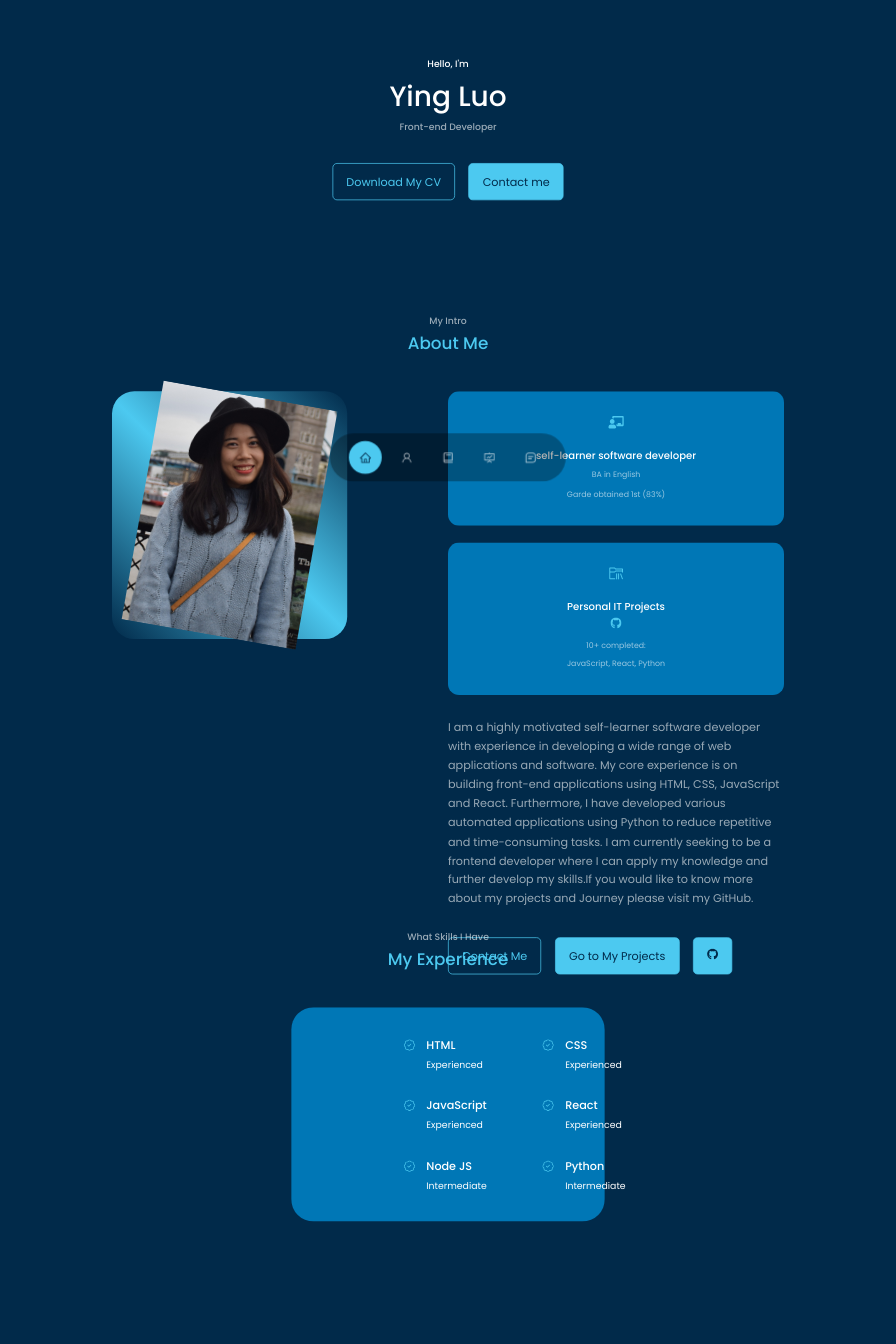
Repository: yingluo1020/react-portfolio-website
Page: /
These files come from the project's save history. The page is drawn as it stood at one moment and after the next save; the edit follows.
The browser window is 1280 px wide. The pictures show the part of the page from y = 0 to 1920 px (the page is 4231 px tall), at 70% of full size.
The project was rebuilt for these pictures with package versions that can differ from the ones it lists, and the page was loaded fresh each time. Imported but missing from the stored project, and not drawn on this page: src/assets/cv1.pdf.

Above is the page before, as saved 2022-03-16 09:36:08.

### src/index.css
@import url('https://fonts.googleapis.com/css2?family=Poppins:wght@300;400;500;600&display=swap');

* {
 margin: 0;
 padding: 0;
 border: 0;
 outline: 0;
 box-sizing: border-box;
 list-style: none;
 text-decoration: none;
}

:root {
    --color-bg:#012a4a;
    --color-bg-variant:#0077b6;
    --color-primary:#4cc9f0;
    --color-primary-variant:rgba(77,181,255,0.4);
    --color-white:#fff;
    --color-light:rgba(255,255,255,0.6);

    --transition:all 400ms ease;

    --container-width-lg:75%;
    --container-width-md:86%;
    --container-width-sm:90%;
}

html {
    scroll-behavior:smooth;
}

::-webkit-scrollbar {
    display: none;
}

body {
    font-family: 'Poppins', sans-serif;
    background: var(--color-bg);
    color:var(--color-white);
    line-height:1.7;
}

/* general styles */
.container {
    width:var(--container-width-lg);
    margin: 0 auto;
}

h1,
h2,
h3,
h4,
h5 {
    font-weight: 500;
}

h1 {
    font-size: 2.5rem;
}

section {
    margin-top: 10rem;
    height: 100vh;
}

section > h2, section > h5 {
    text-align: center;
    color: var(--color-light);
}

section > h2 {
    color: var(--color-primary);
    margin-bottom: 3rem;
}

.text-light {
    color: var(--color-light);
}

a {
    color: var(--color-primary);
    transition: var(--transition);
}

a:hover {
    color: var(--color-white);
}

.btn {
    width: max-content;
    display: inline-block;
    color: var(--color-primary);
    padding: 0.75rem 1.2rem;
    border-radius:0.4rem;
    cursor: pointer;
    border: 1px solid var(--color-primary);
    transition: var(--transition);
}

.btn:hover{
    background: var(--color-white);
    color: var(--color-bg);
    border-color: transparent;
}

.btn-primary {
    background: var(--color-primary);
    color: var(--color-bg);
}

img{
    display: block;
    width: 100%;
    object-fit: cover;
}

/* media queries(medium devices)*/
@media screen and (max-width:1024px) {
    .container {
        width: var(--container-width-sm);
    }

    section> h2 {
        margin-bottom: 2rem;
    }
}

### src/components/header/Header.js
import React from 'react'
import avatar from '../../assets/avatar.JPG'
import './header.css';
import CV from '../../assets/cv1.pdf'


function Header() {
    return (
        <header>
            <div className="container header_container">
                <h5>Hello, I'm</h5>
                <h1>Ying Luo</h1>
                <h5 className="text-light">Front-end Developer</h5>

                <div className='cta'>
                    <a href={CV} download className='btn'>Download My CV</a>
                    <a href="#contact" className='btn btn-primary'>Contact me</a>
                </div>
            </div>
        </header>
    )
}

export default Header

### src/components/nav/Nav.js
import React, { useState } from 'react'
import './nav.css'
import { AiOutlineHome, } from 'react-icons/ai'
import { AiOutlineUser } from 'react-icons/ai'
import { BiBook } from 'react-icons/bi'
import { AiOutlineFundProjectionScreen } from 'react-icons/ai'
import { BiMessageSquareDetail } from 'react-icons/bi'


function Nav() {
    const [activeNav, setActiveNav] = useState('#')
    return (
        <nav>
            <a href="#" onClick={() => setActiveNav('#')} className={activeNav === '#' ? 'active' : ''}><AiOutlineHome /></a>
            <a href="#about" onClick={() => setActiveNav('#about')} className={activeNav === '#about' ? 'active' : ''}><AiOutlineUser /></a>
            <a href="#experience" onClick={() => setActiveNav('#experience')} className={activeNav === '#experience' ? 'active' : ''}><BiBook /></a>
            <a href="#portfolio" onClick={() => setActiveNav('#services')} className={activeNav === '#services' ? 'active' : ''}><AiOutlineFundProjectionScreen /></a>
            <a href="#contact" onClick={() => setActiveNav('#contact')} className={activeNav === '#contact' ? 'active' : ''}><BiMessageSquareDetail /></a>
        </nav>
    )
}

export default Nav

### src/components/about/About.js
import React from 'react'
import avatar from '../../assets/avatar.JPG'
import { FaChalkboardTeacher } from 'react-icons/fa'
import { VscFolderLibrary } from 'react-icons/vsc'
import { FaGithub } from 'react-icons/fa';
import './about.css';

function About() {
    return (
        <section id='about'>
            <h5>My Intro</h5>
            <h2>About Me</h2>

            <div className="container about_container">
                <div className="about_me">
                    <div className="about_image">
                        <img src={avatar} alt="About Image" />
                    </div>
                </div>

                <div className="about_content">
                    <div className="about_cards">
                        <article className="about_card">
                            <FaChalkboardTeacher className='about_icon' />
                            <h5> self-learner software developer </h5>
                            <small>BA in English</small><br />
                            <small>Garde obtained 1st (83%)</small>
                        </article>

                        <article className="about_card">
                            <VscFolderLibrary className='about_icon' />
                            <h5>Personal IT Projects </h5>
                            <a href="https://github.com/yingluo1020" target="_blank"><FaGithub /></a><br />
                            <small>10+ completed:</small><br />
                            <small>JavaScript, React, Python </small>

                        </article>

                    </div>

                    <p>I am a highly motivated self-learner software developer with experience in developing a wide range of web applications and software. My core experience is on building front-end applications using HTML, CSS, JavaScript and React. Furthermore, I have developed various automated applications using Python to reduce repetitive and time-consuming tasks. I am currently seeking to be a frontend developer where I can apply my knowledge and further develop my skills.If you would like to know more about my projects and Journey please visit my GitHub. </p>
                    <div className="about_btn">
                        <a href="#contact" className="btn btn">Contact Me</a>
                        <a href="#" target="_blank" className="btn btn-primary">Go to My Projects</a>
                        <a href="https://github.com/yingluo1020" target="_blank" className="btn btn-primary"><FaGithub /></a>
                    </div>

                </div>
            </div>
        </section>
    )
}

export default About

### src/components/experience/Experience.js
import React from 'react'
import './experience.css';
import { BsPatchCheck } from 'react-icons/bs'


function Experience() {
    return (
        <section id='experience'>
            <h5>What Skills I Have</h5>
            <h2>My Experience</h2>

            <div className="container experience_container">
                <div className="experience_frontend">
                    <div className="experience_content">
                        <article className='experience_details'>
                            <BsPatchCheck className='experience_details-icon' />
                            <div>
                                <h4>HTML</h4>
                                <small className='text_light'>Experienced</small>
                            </div>
                        </article>
                        <article className='experience_details'>
                            <BsPatchCheck className='experience_details-icon' />
                            <div>
                                <h4>CSS</h4>
                                <small className='text_light'>Experienced</small>
                            </div>
                        </article>
                        <article className='experience_details'>
                            <BsPatchCheck className='experience_details-icon' />
                            <div>
                                <h4>JavaScript</h4>
                                <small className='text_light'>Experienced</small>
                            </div>
                        </article>
                        <article className='experience_details'>
                            <BsPatchCheck className='experience_details-icon' />
                            <div>
                                <h4>React</h4>
                                <small className='text_light'>Experienced</small>
                            </div>
                        </article>
                        <article className='experience_details'>
                            <BsPatchCheck className='experience_details-icon' />
                            <div>
                                <h4>Node JS</h4>
                                <small className='text_light'>Intermediate</small>
                            </div>
                        </article>
                        <article className='experience_details'>
                            <BsPatchCheck className='experience_details-icon' />
                            <div>
                                <h4>Python</h4>
                                <small className='text_light'>Intermediate</small>
                            </div>
                        </article>
                    </div>
                </div>
            </div>
        </section>
    )
}

export default Experience

### src/components/portfolio/Portfolio.js
import React from 'react'
import './portfolio.css';
import project1 from '../../assets/todo1.jpg'
import project2 from '../../assets/search.jpg'
import project3 from '../../assets/btc_alert.jpg'



function Portfolio() {
    return (
        <section id='portfolio'>
            <h5>My Projects</h5>
            <h2>Portfolio</h2>
            <div className="container portfolio_container ">
                <article className='portfolio'>
                    <div className="portfolio_head">
                        <h3 >To-Do List web app</h3>
                    </div>


                    <div className="portfolio_item-image">
                        <img src={project1} alt="project1" />
                    </div>

                    <div className="portfolio_link">
                        <a href="https://github.com" target='_blank' className='btn btn-primary'>Github</a>
                    </div>
                </article>

                <article className='portfolio'>
                    <div className="portfolio_head">
                        <h3 >To-Do List web app</h3>
                    </div>

                    <div className="portfolio_body">
                        <div className="portfolio_item-image">
                            <img src={project2} alt="project1" />
                        </div>
                    </div>
                    <div className="portfolio_link">
                        <a href="https://github.com" target='_blank' className='btn btn-primary'>Github</a>
                    </div>
                </article>

                <article className='portfolio'>
                    <div className="portfolio_head">
                        <h3 >To-Do List web app</h3>
                    </div>

                    <div className="portfolio_body">
                        <div className="portfolio_item-image">
                            <img src={project3} alt="project1" />
                        </div>
                    </div>
                    <div className="portfolio_link">
                        <a href="https://github.com" target='_blank' className='btn btn-primary'>Github</a>
                    </div>
                </article>

            </div>
        </section>
    )
}

export default Portfolio

### src/components/contact/Contact.js
import React, { useRef } from 'react'
import './contact.css'
import { MdOutlineEmail } from 'react-icons/md'
import { RiMessengerLine } from 'react-icons/ri'
import { BsWhatsapp } from 'react-icons/bs'
import emailjs from '@emailjs/browser';


function Contact() {
    const form = useRef();

    const sendEmail = (e) => {
        e.preventDefault();

        emailjs.sendForm('service_s6sapzl', 'template_utnko3u', form.current, 'user_Ak4JS85QR5w9GZLqKm3hY')

        alert(`I'll will reply you ASAP :)`)
        e.target.reset()
    };

    return (
        <section id="contact">
            <h5>Get In Touch</h5>
            <h2>Contact Me</h2>

            <div className="container contact_container">
                <div className="contact_options">
                    <article className='contact_option'>
                        <MdOutlineEmail className='contact_option-icon' />
                        <h4>Email</h4>
                        <h5>yingluo1020@gmail.com</h5>
                        <a href="mailto:yingluo1020@gmail.com" target='_blank'>Send a message</a>
                    </article>

                    <article className='contact_option'>
                        <RiMessengerLine className='contact_option-icon' />
                        <h4>Messenger</h4>
                        <h5>Ying Luo</h5>
                        <a href="https://m.me/yng.luo" target='_blank'>Send a message</a>
                    </article>

                    <article className='contact_option'>
                        <BsWhatsapp className='contact_option-icon' />
                        <h4>WhatsApp</h4>
                        <h5>+44 7407171383</h5>
                        <a href="https://api.whatsapp.com/send?phone+447407171383" target='_blank'>Send a message</a>
                    </article>
                </div>
                {/* End of contact options */}
                <form action="" ref={form} onSubmit={sendEmail}>
                    <input type="text" name='name' placeholder='Your Name' required />
                    <input type="email" name='email' placeholder='Your Email' required />
                    <textarea type="text" name='name' placeholder='Your Message' required ></textarea>
                    <button type="submit" className="btn btn-primary">Send a message</button>
                </form>

            </div>
        </section>

    )
}

export default Contact

### src/components/footer/Footer.js
import React from 'react'
import './footer.css'
import { BsLinkedin } from 'react-icons/bs';
import { FaGithub } from 'react-icons/fa';
import { FiDribbble } from 'react-icons/fi';


function Footer() {
    return (
        <footer>
            <a href="https://github.com/yingluo1020" target="_blank" className='footer_logo'><FaGithub /> Ying Luo</a>
            <ul className='permalinks'>
                <li><a href="#">Home</a></li>
                <li><a href="#about">About</a></li>
                <li><a href="#experience">Experience</a></li>
                <li><a href="#portfolio">Portfolio</a></li>
                <li><a href="#contact">Contact</a></li>
            </ul>

            <div className="footer_copyright">
                <small>&copy; All rights reserved by Ying Luo.</small>
            </div>
        </footer>
    )
}

export default Footer

### src/components/header/header.css
header {
    height: 40vh;
    padding-top: 5rem;
    overflow: hidden;
}

.header_container {
    text-align: center;
    height: 100%;
    position: relative;
}

.cta {
    margin: 2.5rem auto;
    display: flex;
    gap:1.2rem;
    justify-content: center;
}

.avatar {
    background: linear-gradient(var(--color-primary),transparent) ;
    width: 22rem;
    height: 30rem;
    position: absolute;
    left: calc(50% - 11rem);
    border-radius: 12rem 12rem 0 0 ;
    overflow: hidden;
    padding: 5rem 1.5rem 1.5rem 1.5rem;
}

### src/components/nav/nav.css
nav {
    background: rgba(0, 0, 0, 0.3);
    width: max-content;
    display: block;
    padding:0.7rem 1.7rem;
    z-index: 2;
    position: fixed;
    left: 50%;
    transform: translateX(-50%);
    bottom: 2rem;
    display: flex;
    gap: 0.8rem;
    border-radius: 3rem;
    /* backdrop-filter: blur(15px); */
}

nav a {
    background: transparent;
    padding: 0.9rem;
    border-radius:50% ;
    display: flex;
    color: var(--color-light);
    font-size: 1.1rem;
}

nav a:hover{
    background: rgba(0, 0, 0, 0.3);
}

nav a.active {
    background: var(--color-primary);
    color: var(--color-bg);
}

### src/components/about/about.css
.about_container {
    display: grid;
    grid-template-columns: 35% 50%;
    gap: 15%;
}

.about_me{
    width: 100%;
    aspect-ratio: 0.95/1;
    border-radius: 2rem;
    background: linear-gradient(45deg,transparent,var( --color-primary),transparent);
    display: grid;
    place-items: center;
}

.about_image {
    border-radius: 2rem;
    overflow: hidden;
    transform: rotate(10deg);
    transition: var(--transition);
}

.about_image:hover{
    transform: rotate(0);
}

.about_image img {
    width: 75%;
    margin: 0 auto;
}
.about_cards {
    display: grid;
    grid-template-columns: repeat(1fr,1fr);
    gap: 1.5rem;
}

.about_card {
    background: var(--color-bg-variant);
    border:1px solid transparent ;
    border-radius: 1rem;
    padding: 2rem;
    text-align: center;
    transition: var(--transition);
}

.about_card:hover {
    background:transparent;
    border-color:var(--color-primary-variant) ;
    cursor: default;
}

.about_icon {
    color: var(--color-primary);
    font-size: 1.4rem;
    margin-bottom: 1rem;
}

.about_card h5 {
    font-size: 0.9rem;
}

.about_card small {
    font-size: 0.7rem;
    color: var(--color-light);
}

.about_content p {
    margin: 2rem 0 2.6rem;
    color: var(--color-light);
}

.about_content .about_btn {
    display: flex;
    gap:1.2rem;
}

/* media queries(medium devices)*/
@media screen and (max-width:1024px) {
    .about_container {
        grid-template-columns: 1fr ;
        gap:0;
    }

    .about_me{
        width: 50%;
        margin: 2rem auto 4rem;
    }

    .about_content p {
        margin: 1rem 0 1.5rem;
    }
}

/* media queries(small devices)*/
@media screen and (max-width:600px) {
    .about_me{
        width: 65%;
        margin: 0 auto 3rem;
    }

    .about_cards {
        grid-template-columns: 1fr 1fr;
        gap: 1rem;
    }

    .about_content {
        text-align: center;
    }

    .about_content p {
        margin: 1.5rem 0;
    }
}

### src/components/experience/experience.css
.experience_container{
    width: 35%;
}

.experience_container >div {
    background: var(--color-bg-variant);
    padding: 2.4rem 10rem;
    border-radius: 2rem;
    border: 1px solid transparent;
    transition: var(--transition);
}

.experience_container >div:hover{
    background: transparent;
    border-color: var(--color-primary-variant);
    cursor: default;
}

.experience_content {
    display: grid;
    grid-template-columns: 1fr 1fr;
    gap: 5rem;
    row-gap: 2rem;
}

.experience_details {
    display: flex;
    gap: 1rem;
}

.experience_details-icon{
    margin-top: 6px;
    color: var(--color-primary);
}

/* media queries(medium devices)*/
@media screen and (max-width:1024px) {
    .experience_container{
        grid-template-columns: 1fr;
    }

    .experience_container >div {
        width: 80%;
        padding: 2rem;
        margin: 0 auto;
    }

    .experience_content {
        padding: 1rem;
    }
}

/* media queries(small devices)*/
@media screen and (max-width:600px) {
    .experience_container{
        gap: 1rem;
    }

    .experience_container >div {
        width: 100%;
        padding: 2rem 1rem;
    }
}

### src/components/portfolio/portfolio.css
.portfolio_container{
    display: grid;
    grid-template-columns: repeat(3,1fr);
    gap: 2.5rem;
}

.portfolio {
    background: var(--color-bg-variant);
    border-radius:0 0 2rem 2rem;
    border: 1px solid transparent;
    /* height: fit-content; */
    transition: var(--transition);
}

.portfolio:hover {
    background: transparent;
    border-color: var(--color-primary-variant);
    transition: var(--transition);
}

.portfolio_head{
    background: var(--color-primary);
    border-radius:0 0 2rem 2rem;
    padding: 2rem;
    box-shadow: 0 2rem 1rem rgba(0,0,0,0.1);
}

.portfolio_head h3 {
    text-align: center;
    font-size: 1rem;
    color: var(--color-bg);
}

.portfolio_item-image {
    width: 20rem;
    height: 20rem;
    /* aspect-ratio: 1/1;   */
    border-radius: 1.5rem;
    overflow: hidden;
    margin: 1rem auto;
}

.portfolio_link {
    display: flex;
    justify-content: center;
    margin: 1rem 0;
}


/* media queries(medium devices)*/
@media screen and (max-width:1024px) {
    .portfolio_container{
        grid-template-columns: 1fr 1fr;
        gap: 1.2rem;
    }
}

/* media queries(small devices)*/
@media screen and (max-width:600px) {
    .portfolio_container {
        grid-template-columns: 1fr;
        gap: 1rem;
    }
}

### src/components/contact/contact.css
.contact_container {
    width: 58%;
    display: grid;
    grid-template-columns: 30% 58%;
    gap: 12%;
}

.contact_options {
    display: flex;
    flex-direction: column;
    gap: 1.2rem;
}

.contact_option{
    background: var(--color-bg-variant);
    padding: 1.2rem ;
    border-radius:1.2rem;
    border: 1px solid transparent;
    text-align: center;
    transition: var(--transition);
}

.contact_option:hover{
    background: transparent;
    border-color: var(--color-primary-variant);
}

.contact_option-icon{
    font-size: 1.5rem;
    margin-bottom: 0.5rem;
}

.contact_option a {
    margin-top: 0.7rem;
    display: inline-block;
    font-size: 0.8rem;
}

/* form */
form {
    display: flex;
    flex-direction: column;
    gap: 1.2rem;
}

input, textarea{
    width: 100%;
    padding: 1.5rem ;
    border-radius:0.5rem;
    border: 2px solid var(--color-primary-variant);
    background: transparent;
    resize: none; /* 元素不能被用户缩放。 */
    color: var(--color-white);
}

/* media queries(medium devices)*/
@media screen and (max-width:1024px) {
    .contact_container {
        grid-template-columns: 1fr;
        gap: 2rem;
    }

}

/* media queries(small devices)*/
@media screen and (max-width:600px) {
    .contact_container{
        width: var(--container-width-sm);
    }
}

### src/components/footer/footer.css
footer {
    background: var(--color-primary);
    padding: 2rem 0;
    text-align: center;
    font-size: 0.9rem;
    margin-top: 7rem;
}

footer a {
    color: var(--color-bg);
}

.footer_logo{
    font-size: 2rem;
    font-weight: 500;
    margin-bottom: 2rem;
    display: inline-block;
}

.permalinks{
    display: flex;
    flex-wrap: wrap;
    justify-content: center;
    gap: 2rem;
    margin: 0 auto 3rem;
}

.footer_socials{
    display: flex;
    justify-content: center;
    gap: 1rem;
    margin-bottom: 4rem;
}

.footer_socials a {
    display: flex;
    background: var(--color-bg);
    color: var(--color-white);
    padding: 0.8rem;
    border-radius: 0.7rem;
    border: 1px solid transparent;
    transition: var(--transition);
}

.footer_socials a:hover{
    background: transparent;
    color: var(--color-bg);
    border-color: var(--color-bg);
}

.footer_copyright {
    margin-bottom: 4rem;
    color: var(--color-bg);
}

/* media queries(small devices)*/
@media screen and (max-width:600px) {
    .permalinks{
        flex-direction: column;
        gap: 1.5rem;
    }

    .footer_socials{
        margin-bottom: 2.6rem;
    }
}

Loaded but not shown: public/index.html (common file); src/index.js (common file); src/App.js (common file)

After the next save:
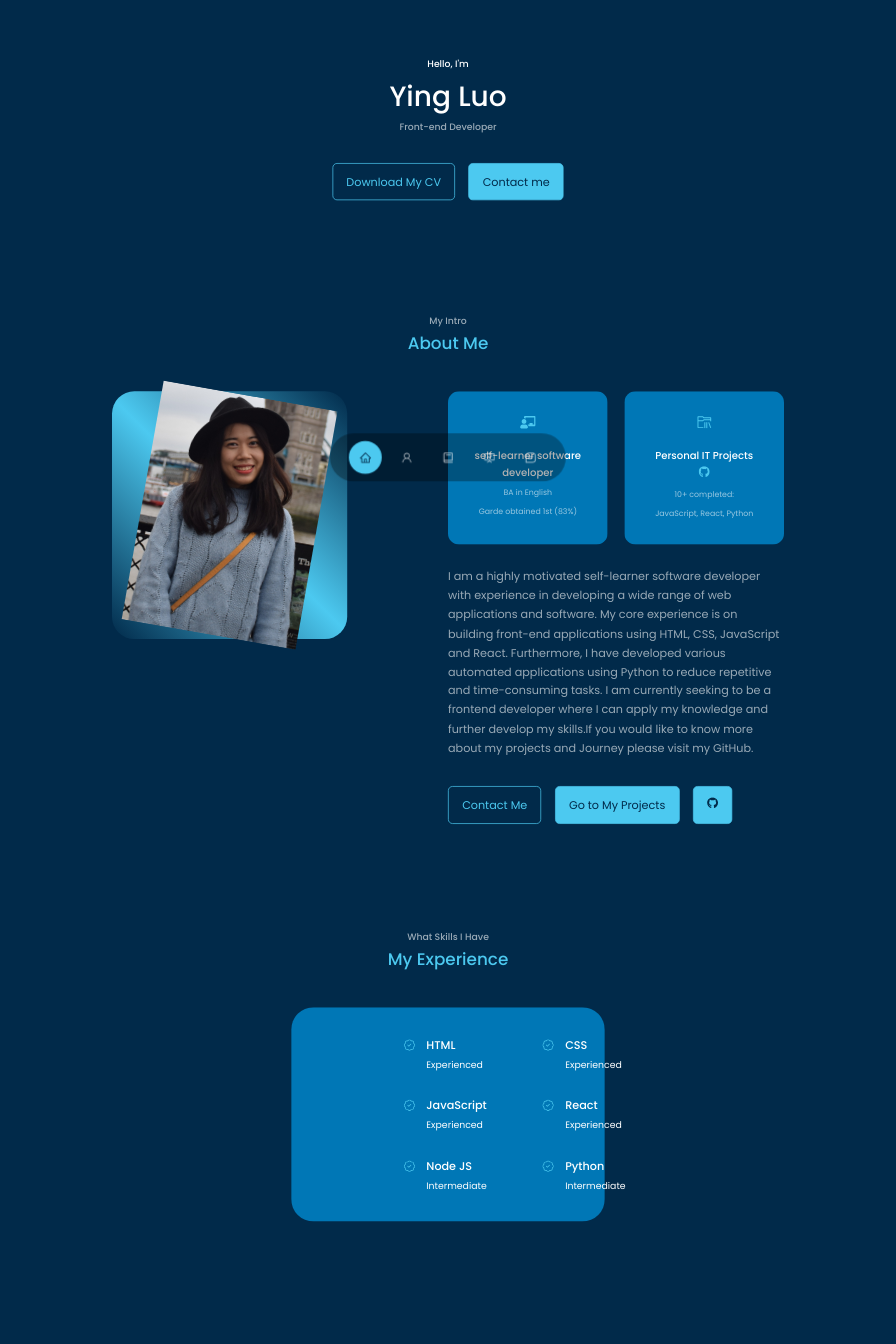
Saved 13 s later.
--- a/src/components/about/about.css
+++ b/src/components/about/about.css
@@ -30,7 +30,7 @@
 }
 .about_cards {
     display: grid;
-    grid-template-columns: repeat(1fr,1fr);
+    grid-template-columns: repeat(2,1fr);
     gap: 1.5rem;
 }
 
